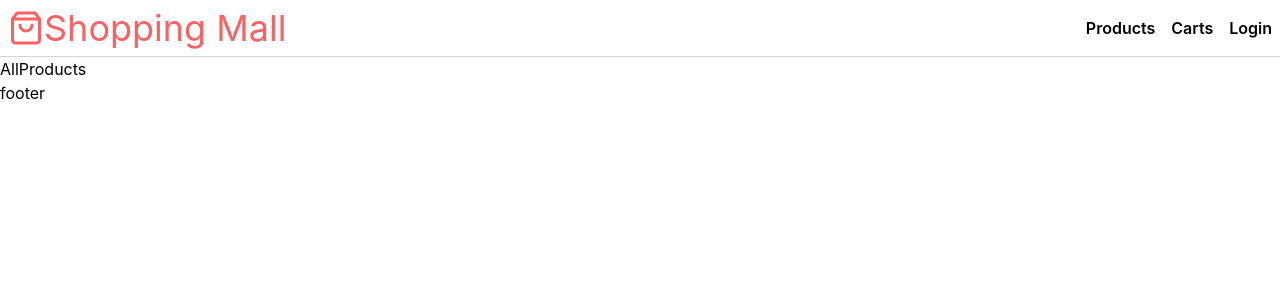
Repository: dnjfht/shopping_mall
Page: /products
The author's editor kept a copy of each file at every save. The page is drawn from the files as they stood at one save, then again after the next save.
The browser window is 1280 px wide. The pictures show the whole page.
The project was rebuilt for these pictures with package versions that can differ from the ones it lists, and the page was loaded fresh each time. Also part of the build but not shown: src/App.css, src/components/User.jsx, src/pages/Home.jsx, src/pages/NewProduct.jsx, src/pages/ProductDetail.jsx, src/pages/NotFound.jsx, src/pages/MyCart.jsx.

Above is the page before, as saved 2023-03-06 01:37:20.

After the next save:
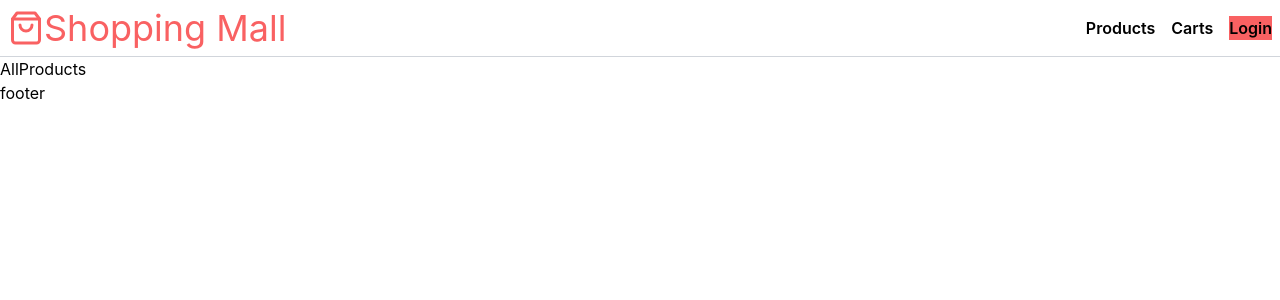
Saved 103 s later.
--- a/src/components/ui/Button.jsx
+++ b/src/components/ui/Button.jsx
@@ -1,5 +1,9 @@
 import React from "react";
 
 export default function Button({ text, onClick }) {
-  return <button onClick={onClick}>{text}</button>;
+  return (
+    <button className="bg-brand" onClick={onClick}>
+      {text}
+    </button>
+  );
 }
